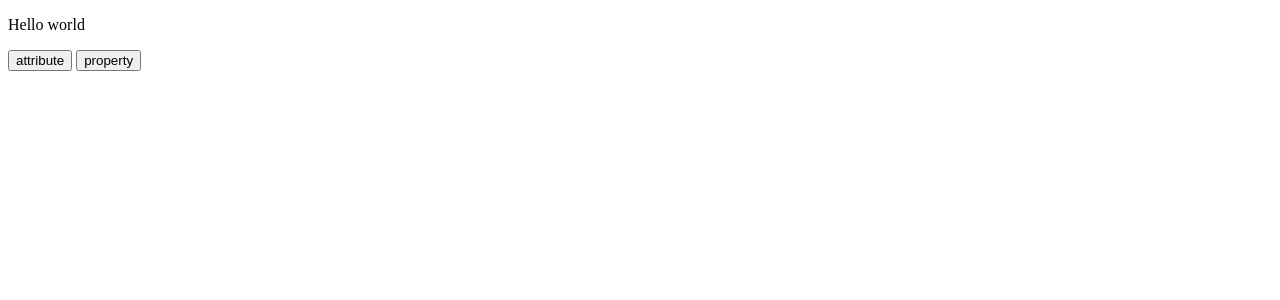
Repository: letzbegin/Study
Page: http://localhost/Javascript/DOM/Element/Ex_06.jsp
These files come from the project's save history. The page is drawn as it stood at one moment and after the next save; the edit follows.
The browser window is 1280 px wide. The pictures show the whole page.
The page is served by Tomcat 9.

Above is the page before, as saved 2018-09-17 11:45:58.

After the next save:
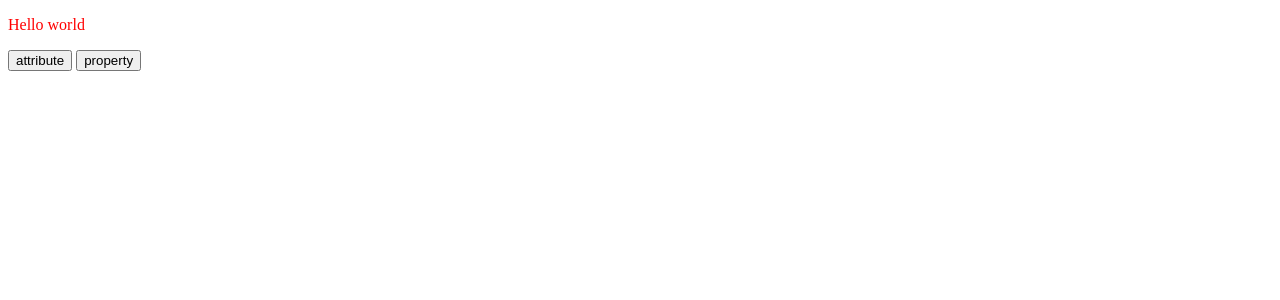
Saved 98 s later.
--- a/web_javascript/Javascript/WebContent/DOM/Element/Ex_06.jsp
+++ b/web_javascript/Javascript/WebContent/DOM/Element/Ex_06.jsp
@@ -7,7 +7,7 @@
 <title>Insert title here</title>
 </head>
 <body>
-<p id="target">
+<p id="target" style="color: red;">
     Hello world
 </p>
 <input type="button" value="attribute" onclick="attt()">
@@ -17,7 +17,7 @@
     var target = document.getElementById('target');
     // attribute 방식
     function attt(){
-    target.setAttribute('color', 'red');
+    target.setAttribute('name', 'red');
     }
     // property 방식
     function propp(){

After the save that followed:
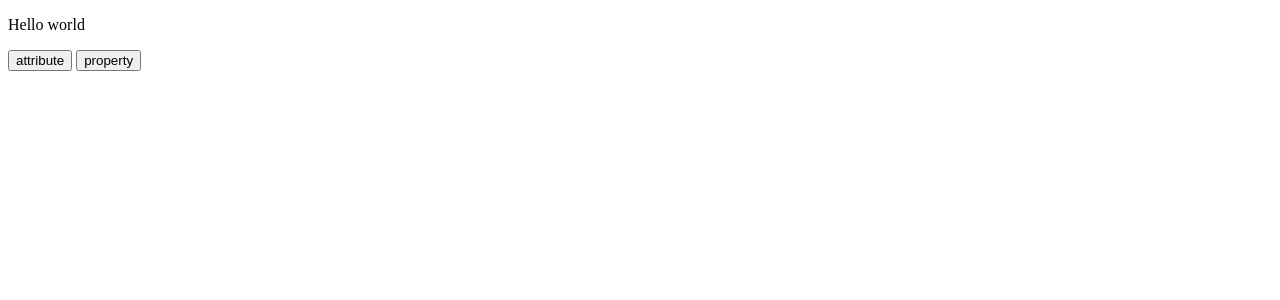
Saved 14 s later.
--- a/web_javascript/Javascript/WebContent/DOM/Element/Ex_06.jsp
+++ b/web_javascript/Javascript/WebContent/DOM/Element/Ex_06.jsp
@@ -7,7 +7,7 @@
 <title>Insert title here</title>
 </head>
 <body>
-<p id="target" style="color: red;">
+<p id="target">
     Hello world
 </p>
 <input type="button" value="attribute" onclick="attt()">
